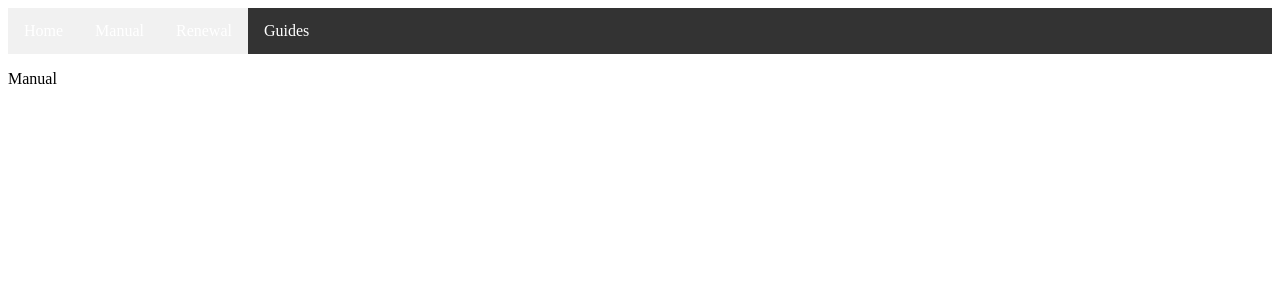
Repository: muesinga/ticketoffice-dot-info
Page: guides/manual.html
An editor plug-in stored every save of this project. The page is shown before and after the next save, followed by the edit.
The browser window is 1280 px wide. The pictures show the whole page.

Above is the page before, as saved 2022-06-07 10:50:38.
Console error: TypeError: Cannot read properties of null (reading 'getElementsByClassName')

After the next save:
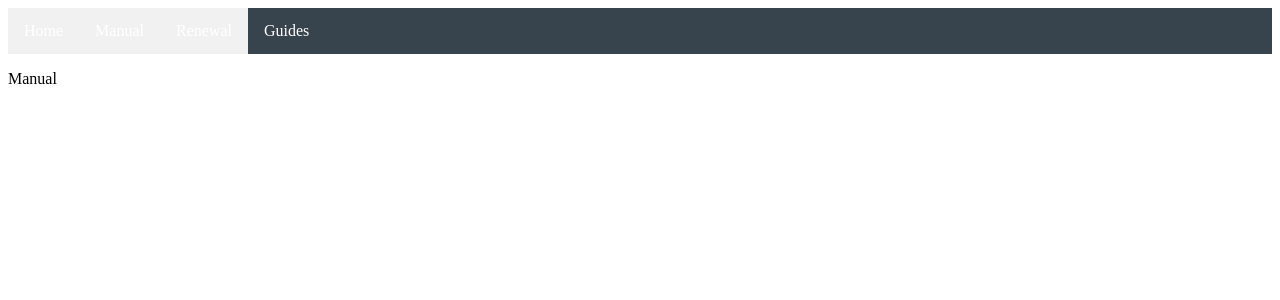
Saved 19 s later.
--- a/style/style.css
+++ b/style/style.css
@@ -3,7 +3,7 @@
     margin: 0;
     padding: 0;
     overflow: hidden;
-    background-color: #333;
+    background-color: #38444d;
   }
   .navlink {
     border: none;
